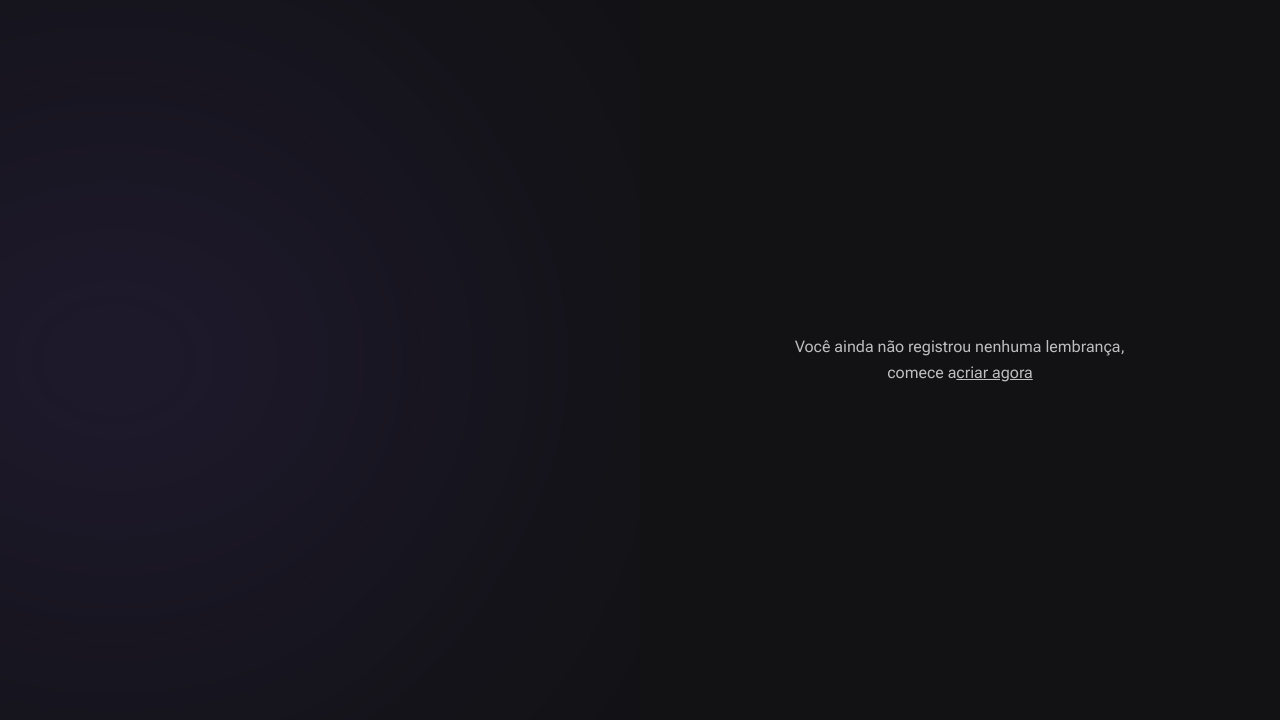
Repository: Herlander929/SpaceTime-nlw
Page: / (app in front-end/)
These files come from the project's save history. The page is drawn as it stood at one moment and after the next save; the edit follows.
The browser window is 1280 px wide. The pictures show the whole page.
Some web fonts or font styles are not loaded; a fallback is used. The project was rebuilt for these pictures with package versions that can differ from the ones it lists, and the page was loaded fresh each time. The framework's server and built-in components were replaced by stand-ins that run in the browser. Also part of the build but not shown: front-end/next.config.js.

Above is the page before, as saved 2023-05-19 09:52:08.

After the next save:
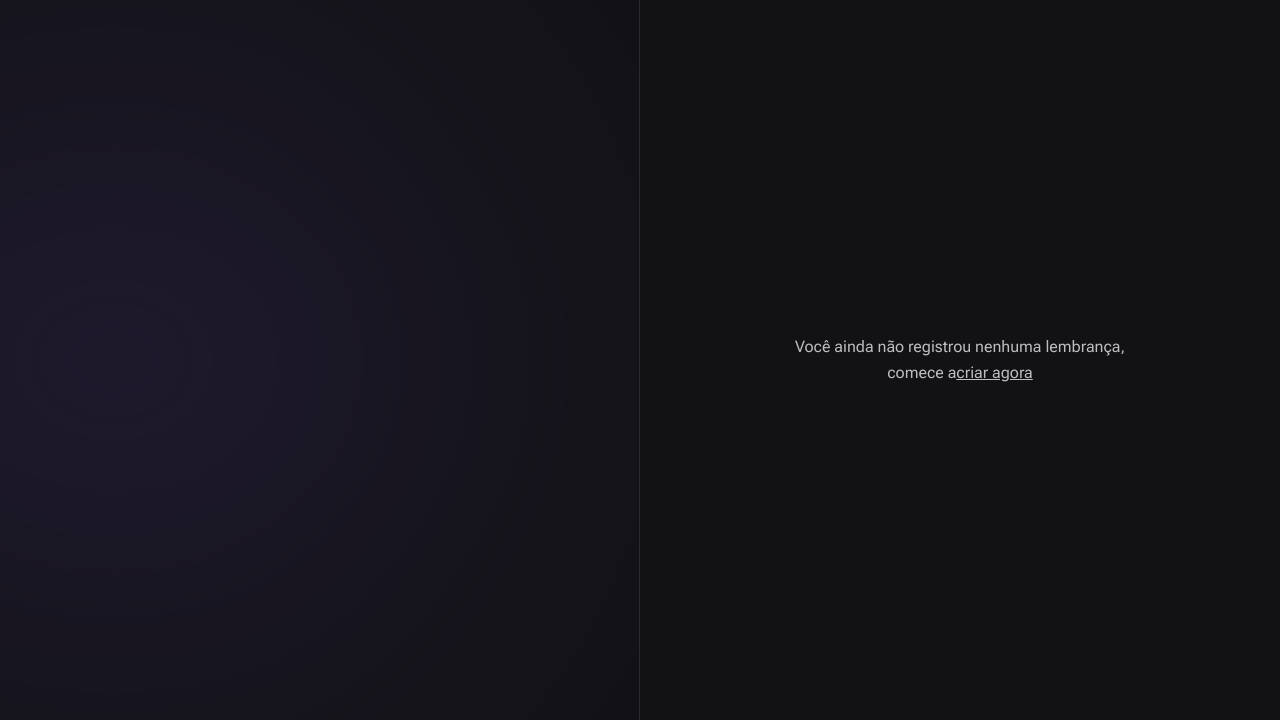
Saved 3 min 3 s later.
--- a/front-end/src/app/page.tsx
+++ b/front-end/src/app/page.tsx
@@ -2,11 +2,11 @@ export default function Home() {
   return (
   <main className="grid grid-cols-2 min-h-screen">
     {/*Left*/ }
-    <div className="relative flex flex-1 items-center justify-between overflow-hidden px-2 py-16">
+    <div className="relative flex flex-1 items-center justify-between overflow-hidden px-2 py-16 border-r border-white/10">
     {/*Blur */}
     <div className="absolute right-0 top-1/2 h-[288px] w-[526px] -translate-y-1/2 -translate-x-1/2 rounded-full bg-purple-700 opacity-50 blur-full"/>
     {/*Stripes */}
-    <div className="absolute bottom-0 right-0 top-0 w-2 bg-stripes"/>
+    <div className="absolute bottom-0 right-2  top-0 w-2 bg-stripes"/>
     </div>
   {/*Right*/ }
     <div className="flex flex-col p-16">
